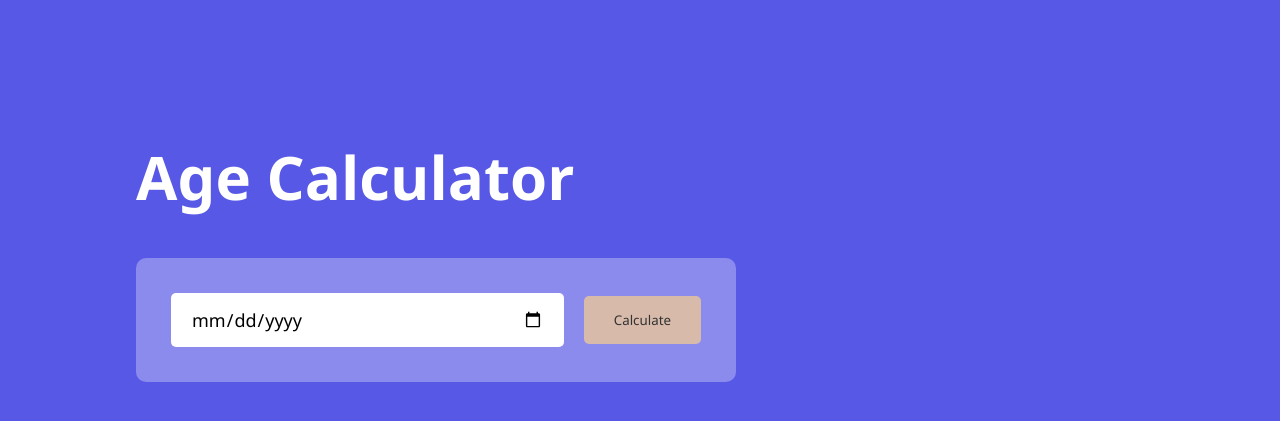
Repository: Thamayanthi-Narayanan/Age-Calculator
Page: index.html
An editor plug-in stored every save of this project. The page is shown before and after the next save, followed by the edit.
The browser window is 1280 px wide. The pictures show the whole page.

Above is the page before, as saved 2025-05-23 07:13:36.

### index.html
<!DOCTYPE html>
<html lang="en">
<head>
    <meta charset="UTF-8">
    <meta name="viewport" content="width=device-width, initial-scale=1.0">
    <title>Age Calculator</title>
    <link rel="stylesheet" href="style.css">
</head>
<body>
    <div class="container">
        <div class="calculator">
            <h1>Age Calculator</h1>
            <div class="input-box">
                <input type="date" id="date">
                <button onclick="calculateAge()">Calculate</button>
            </div>
            <p id="result"></p>
        </div>
    </div>

    <script>
        let userInput = document.getElementById("date");
        // to calculate todays date and past date not the future date
        userInput.max = new Date().toISOString().split("T")[0];
        let result = document.getElementById ("result");
        // function for calculating age

        function calculateAge(){
            let birthDate = new Date(userInput.value); // when we select any date in the input-box that will be stored here

            // then we need the each information day month and yr
            let d1 = birthDate.getDate();
            let m1 = birthDate.getMonth() +1; // +1 is for the month will start from the zero
            let y1 = birthDate.getFullYear();

            // todays date to calculate the diff (current date)
            let today = new Date();

            let d2 = today.getDate();
            let m2 = today.getMonth() +1;
            let y2 = today.getFullYear();

            // save the diff (yr diff)

            let d3, m3, y3;

            y3 = y2 - y1;

            if(m2 >=m1){ // todays month is greater thean birth month
                m3 = m2 - m1;
            }else{
                y3--; // we will dec the value of yrs
                m3 = 12 + m2 - m1;
            }

            // day diff

            if (d2 >=d1){
                d3 = d2 - d1;
            }else {
                m3--;
                d3 = getDaysInMonth(y1, m1) + d2 - d1;
            }
            // if the months get negative bcoz we are minusing m3--
            if(m3 < 0){
                m3 = 11;
                y3--; // we will decrease the yr
            }
            result.innerHTML = `You are <span>${y3}</span> years, <span>${m3}</span> months and <span>${d3}</span> days old`;
        }

        function getDaysInMonth(year,month){
            return new Date(year,month ,0).getDate(); // it will retuen last date of the month
        }
    </script>
</body>
</html>

### style.css
*{
    margin: 0;
    padding: 0;
    font-family: 'Segoe UI', Tahoma, Geneva, Verdana, sans-serif;
    box-sizing: border-box;
}
.container{
    width: 100%;
    min-height: 100vh;
    background-color: rgb(88, 88, 230);
    color: #fff;
    padding: 10px;
}
.calculator{
    width: 100%;
    max-width: 600px;
    margin-left: 10%;
    margin-top: 10%;
}
.calculator h1{
    font-size: 60px;
}
.input-box{
    margin: 40px 0;
    padding: 35px;
    border-radius: 10px;
    background-color: rgba(255, 255, 255, 0.3);
    display: flex;
    align-items: center;
}
.input-box input{
    flex: 1;
    margin-right: 20px;
    padding: 14px 20px;
    border: 0;
    outline: 0;
    font-size: 18px;
    border-radius: 5px;
    position: relative;
}
.input-box button{
    background: #d7baaa;
    border: 0;
    outline: 0;
    padding: 15px 30px;
    border-radius: 5px;
    font-weight: 500;
    color: #333;
    cursor: pointer;
}

#result{
    font-size: 20px;
}
#result span{
    color: #ffff76;
}

After the next save:
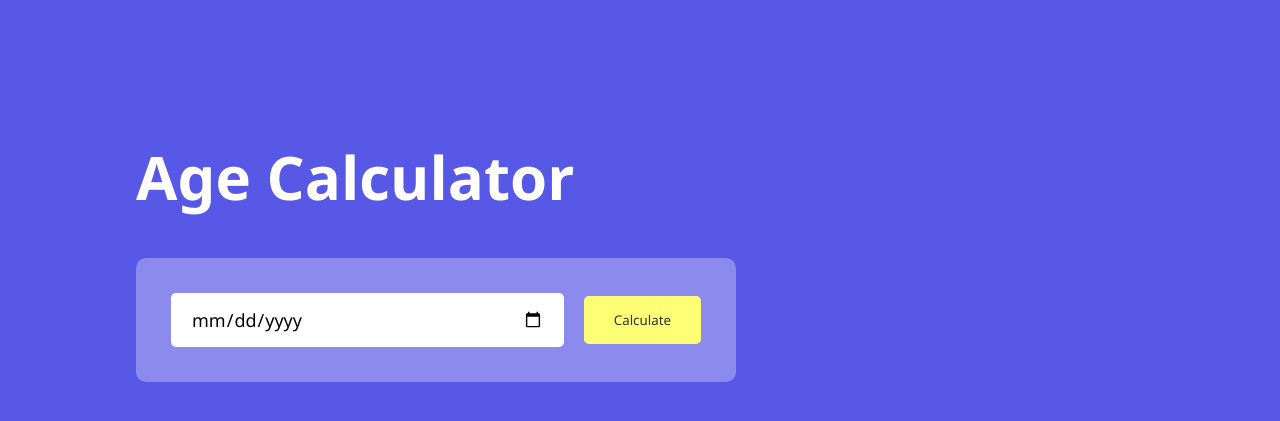
Saved 5 s later.
--- a/style.css
+++ b/style.css
@@ -39,7 +39,7 @@
     position: relative;
 }
 .input-box button{
-    background: #d7baaa;
+    background: #ffff76;
     border: 0;
     outline: 0;
     padding: 15px 30px;
